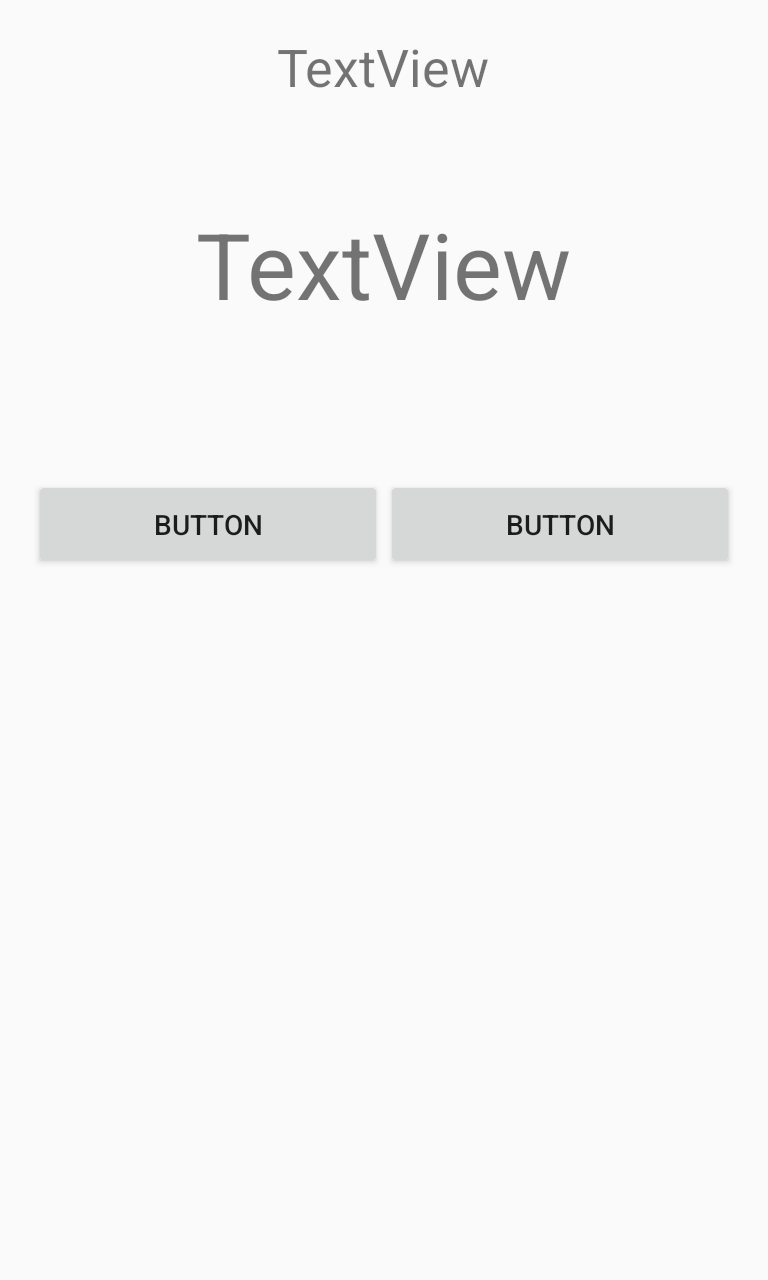
Repository: GitDidNotExitCleanly/AndroidTimer
Layout: StopWatch/res/layout/activity_main.xml
The author's editor kept a copy of each file at every save. The layout is drawn from the files as they stood at one save, then again after the next save.
It is drawn on a 768 x 1280 px phone screen (xhdpi) without system bars, with theme AppTheme; the app's code is not run. Lists and similar views that code fills are empty.

Above is the layout before, as saved 2015-03-04 23:06:08.

### StopWatch/res/layout/activity_main.xml
<LinearLayout xmlns:android="http://schemas.android.com/apk/res/android"
    xmlns:tools="http://schemas.android.com/tools"
    android:id="@+id/LinearLayout1"
    android:layout_width="fill_parent"
    android:layout_height="fill_parent"
    android:gravity="center_horizontal"
    android:orientation="vertical"
    android:paddingBottom="@dimen/activity_vertical_margin"
    android:paddingLeft="@dimen/activity_horizontal_margin"
    android:paddingRight="@dimen/activity_horizontal_margin"
    android:paddingTop="@dimen/activity_vertical_margin"
    tools:context="com.app.stopwatch.MainActivity" >

    <LinearLayout
        android:layout_width="match_parent"
        android:layout_height="wrap_content"
        android:layout_weight="1"
        android:gravity="center"
        android:orientation="vertical" >

        <TextView
            android:id="@+id/textView1"
            android:layout_width="wrap_content"
            android:layout_height="wrap_content"
            android:layout_weight="1"
            android:text="TextView"
            android:textSize="@dimen/stopwatch_small_time" />

        <TextView
            android:id="@+id/textView2"
            android:layout_width="wrap_content"
            android:layout_height="wrap_content"
            android:layout_weight="1.5"
            android:text="TextView"
            android:textSize="@dimen/stopwatch_large_time" />

        <LinearLayout
            android:id="@+id/LinearLayout2"
            android:layout_width="match_parent"
            android:layout_height="wrap_content"
            android:layout_weight="1.5"
            android:orientation="horizontal" >

            <Button
                android:id="@+id/button1"
                android:layout_width="wrap_content"
                android:layout_height="wrap_content"
                android:layout_weight="1"
                android:text="Button" />

            <Button
                android:id="@+id/button2"
                android:layout_width="wrap_content"
                android:layout_height="wrap_content"
                android:layout_weight="1"
                android:text="Button" />
        </LinearLayout>
    </LinearLayout>

    <ListView
        android:id="@+id/listView1"
        android:layout_width="match_parent"
        android:layout_height="wrap_content"
        android:layout_weight="1.3" >
    </ListView>

</LinearLayout>

### StopWatch/res/values/dimens.xml
<resources>

    <!-- Default screen margins, per the Android Design guidelines. -->
    <dimen name="activity_horizontal_margin">16dp</dimen>
    <dimen name="activity_vertical_margin">16dp</dimen>
    <dimen name="stopwatch_small_time">26sp</dimen>
    <dimen name="stopwatch_large_time">46sp</dimen>

</resources>

Loaded but not shown: StopWatch/res/values/styles.xml (common file); StopWatch/res/values-v11/styles.xml (common file); StopWatch/res/values-v14/styles.xml (common file); StopWatch/res/values-w820dp/dimens.xml (common file)

After the next save:
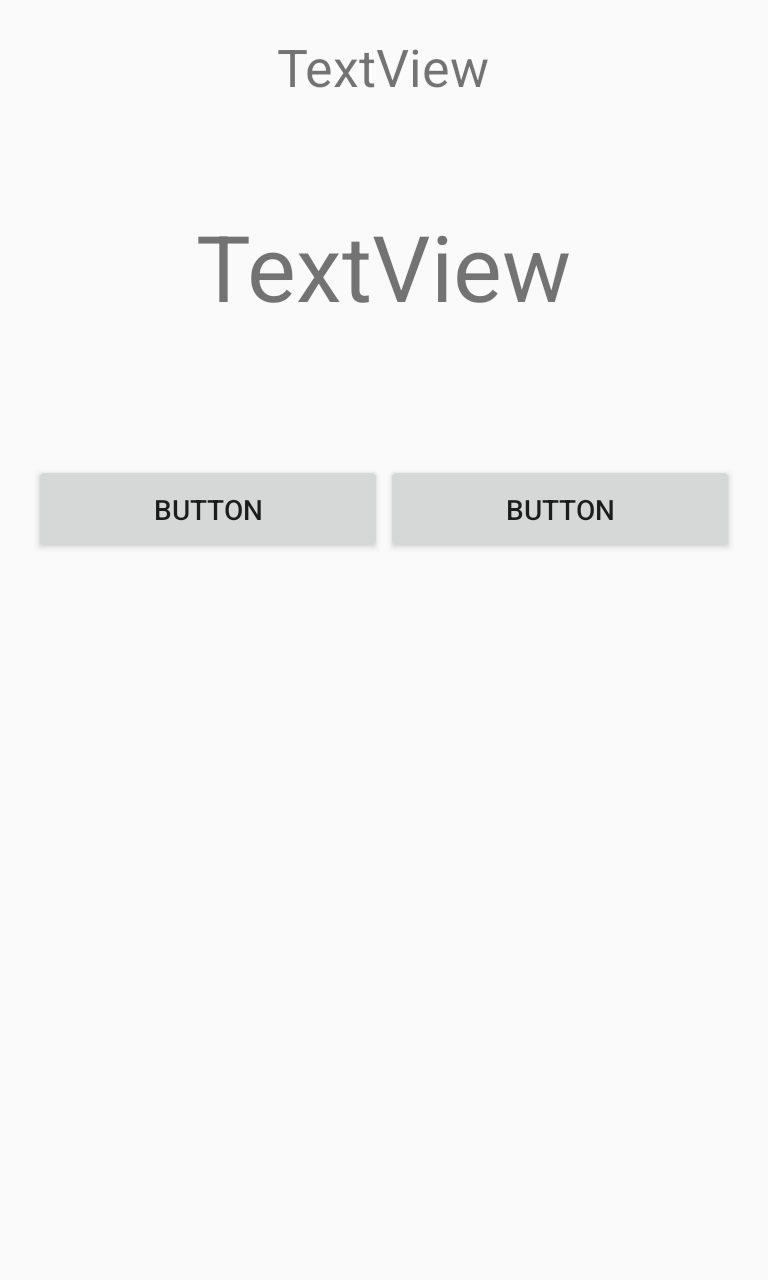
Saved 61 s later.
--- a/StopWatch/res/layout/activity_main.xml
+++ b/StopWatch/res/layout/activity_main.xml
@@ -30,7 +30,7 @@
             android:id="@+id/textView2"
             android:layout_width="wrap_content"
             android:layout_height="wrap_content"
-            android:layout_weight="1.5"
+            android:layout_weight="1.3"
             android:text="TextView"
             android:textSize="@dimen/stopwatch_large_time" />
 
@@ -38,7 +38,7 @@
             android:id="@+id/LinearLayout2"
             android:layout_width="match_parent"
             android:layout_height="wrap_content"
-            android:layout_weight="1.5"
+            android:layout_weight="1.3"
             android:orientation="horizontal" >
 
             <Button
@@ -61,7 +61,7 @@
         android:id="@+id/listView1"
         android:layout_width="match_parent"
         android:layout_height="wrap_content"
-        android:layout_weight="1.3" >
+        android:layout_weight="1.5" >
     </ListView>
 
 </LinearLayout>
